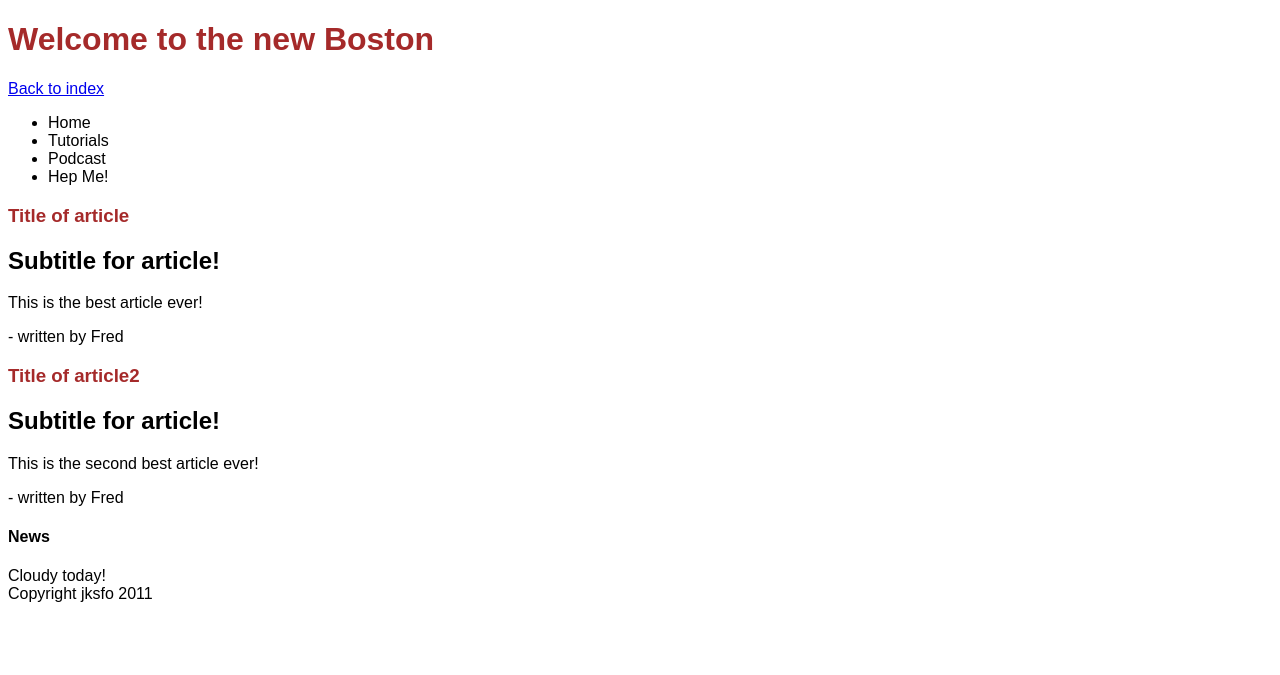
Repository: jksfoTemp/HTML5
Page: html5Demos/basicTagsAndCss.html
The author's editor kept a record of every edit. The page is drawn from the files as they stood at one moment, then again after the next edit.
The browser window is 1280 px wide. The pictures show the whole page.

Above is the page before.

After the next edit:
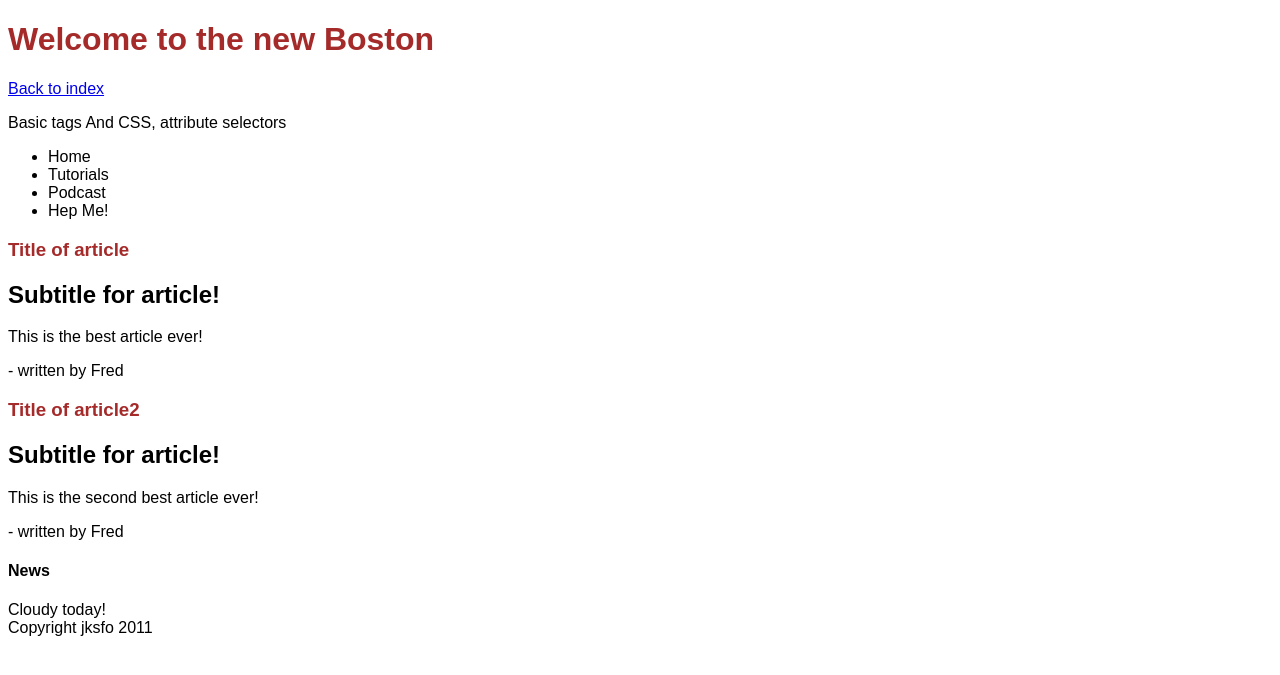
The edit:
--- a/html5Demos/basicTagsAndCss.html
+++ b/html5Demos/basicTagsAndCss.html
@@ -13,6 +13,8 @@
     </header>
 
     <a href="index.html">Back to index</a>
+
+    <p></p>Basic tags And CSS, attribute selectors
 
     <nav>
         <ul>
